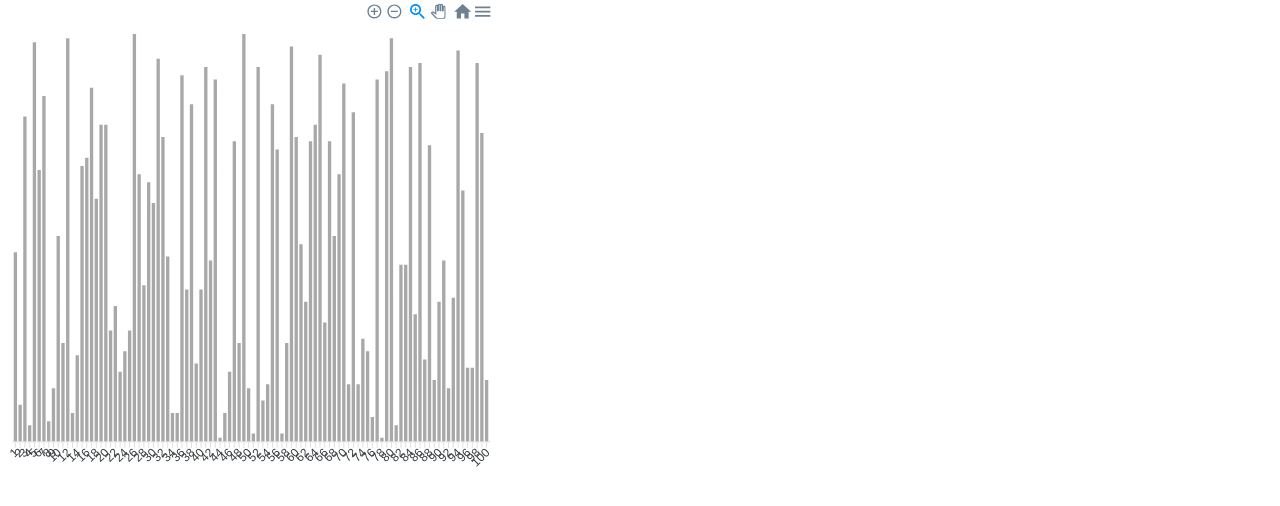
Repository: wanted-pre-onboarding-internship-1team/pre-onboarding-9th-3-1
Page: /
An editor plug-in stored every save of this project. The page is shown before and after the next save, followed by the edit.
The browser window is 1280 px wide. The pictures show the whole page.
The project was rebuilt for these pictures with package versions that can differ from the ones it lists, and the page was loaded fresh each time.

Above is the page before, as saved 2023-03-14 23:38:36.

After the next save:
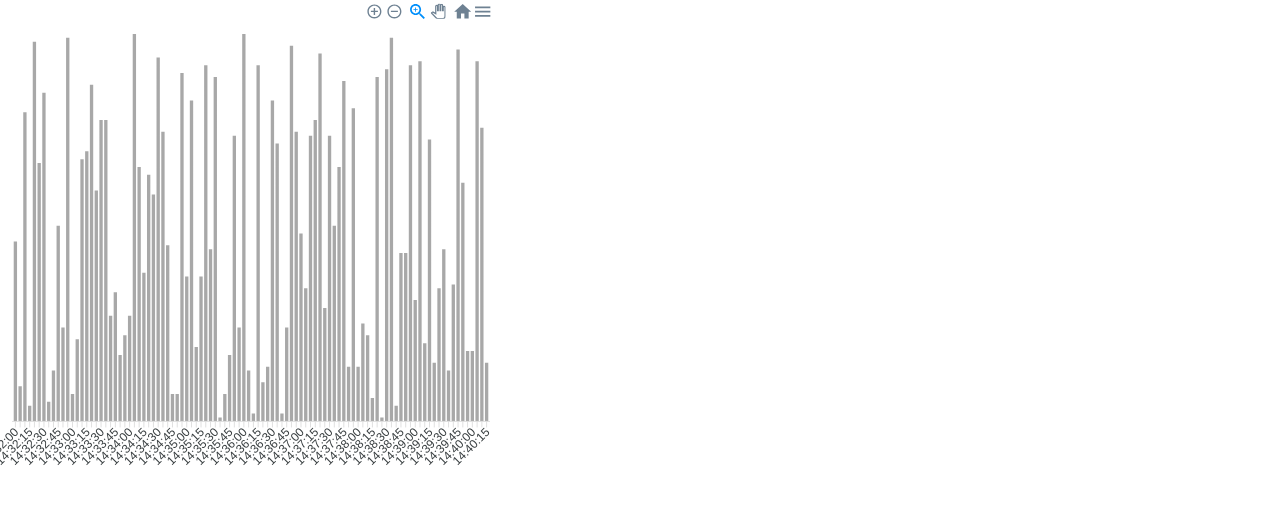
Saved 7 s later.
--- a/src/pages/Mainpage.tsx
+++ b/src/pages/Mainpage.tsx
@@ -34,7 +34,9 @@ export default function Mainpage() {
           yaxis: {
             show: false,
           },
-          xaxis: {},
+          xaxis: {
+            categories: test.timeList,
+          },
           colors: ['red'],
         }}
       />
